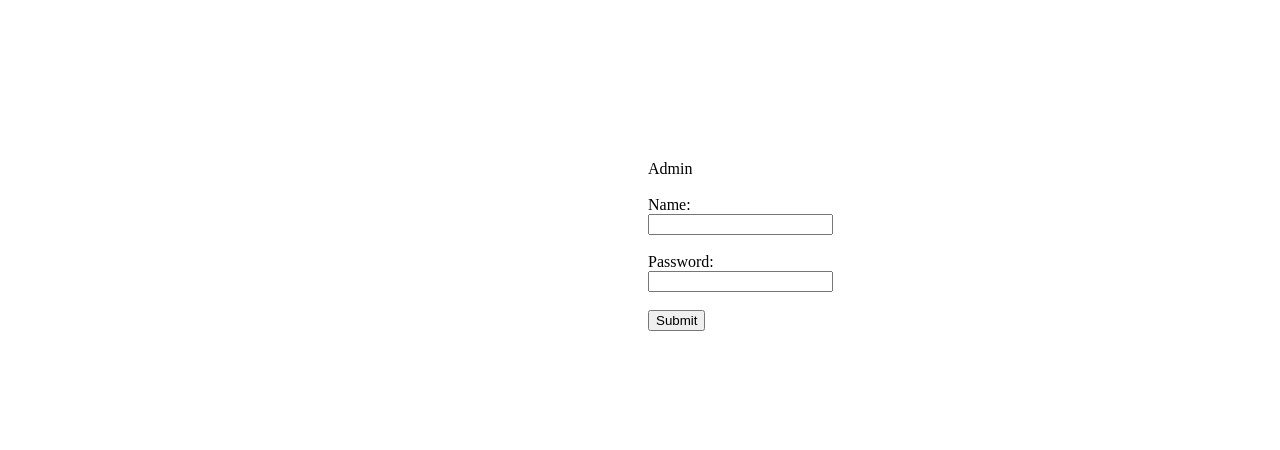
Repository: Shivamkr522/Contact_Us_Page
Page: http://localhost/serlvet/login.jsp
The author's editor kept a copy of each file at every save. The page is drawn from the files as they stood at one save, then again after the next save.
The browser window is 1280 px wide. The pictures show the whole page.
The page is served by Tomcat 9.

Above is the page before, as saved 2022-12-11 22:18:20.

After the next save:
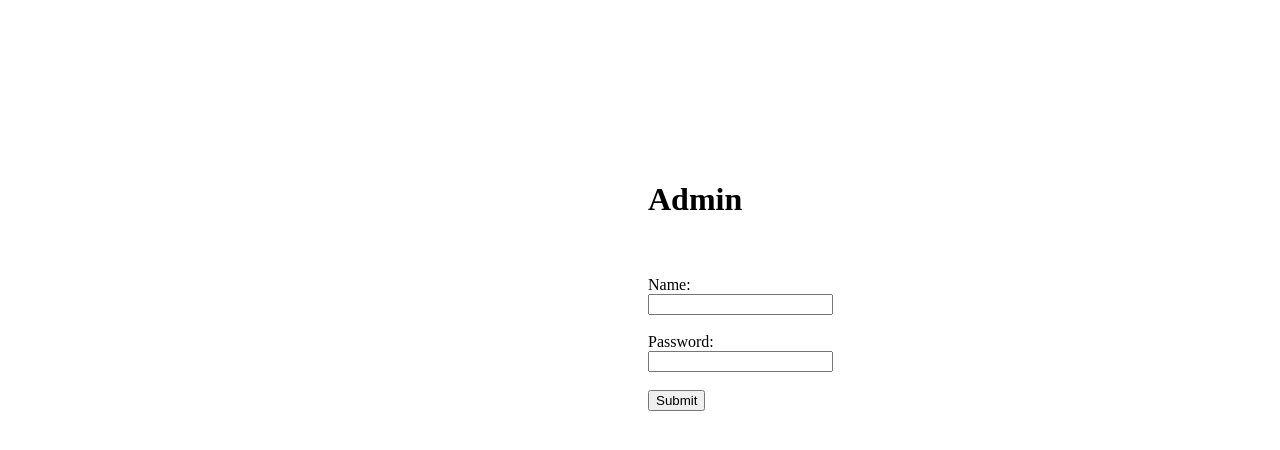
Saved 30 s later.
--- a/serlvet/src/main/webapp/login.jsp
+++ b/serlvet/src/main/webapp/login.jsp
@@ -11,7 +11,7 @@
 <%response.setHeader("Cache-Control", "no-cache, no-store, must-revalidate"); %>
 	<div id="main-form">
 		<form class="center" action="login" method="post">
-			Admin<br><br>
+			<h1>Admin</h1><br><br>
 			Name:<br><input type="text" name="name"><br><br>
 			Password:<br><input type="password"  name="password"><br><br>
 			<input type="Submit">
